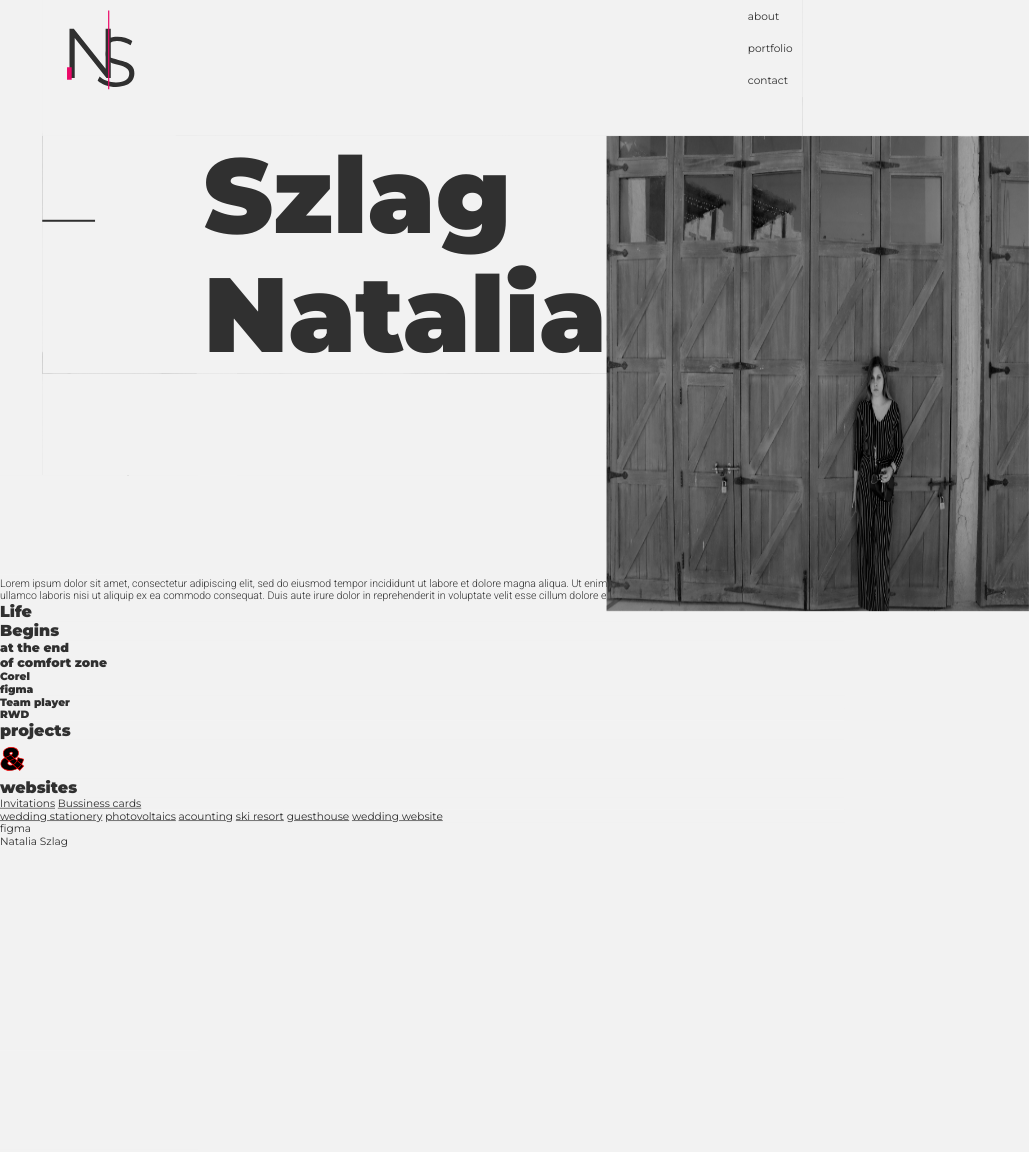
Repository: nataliaszlag/portfolio3
Page: index.html
An editor plug-in stored every save of this project. The page is shown before and after the next save, followed by the edit.
The browser window is 1280 px wide. The page is 1559 px wide, then 1419 px, so the pictures cover 1559 px, including what lies to the right of the window. The pictures show the whole page, at 66% of full size.
The style sheet was rebuilt from its Sass, Less or Tailwind sources for each picture, by a compiler version that may differ from the author's.

Above is the page before, as saved 2020-09-26 17:17:34.

After the next save:
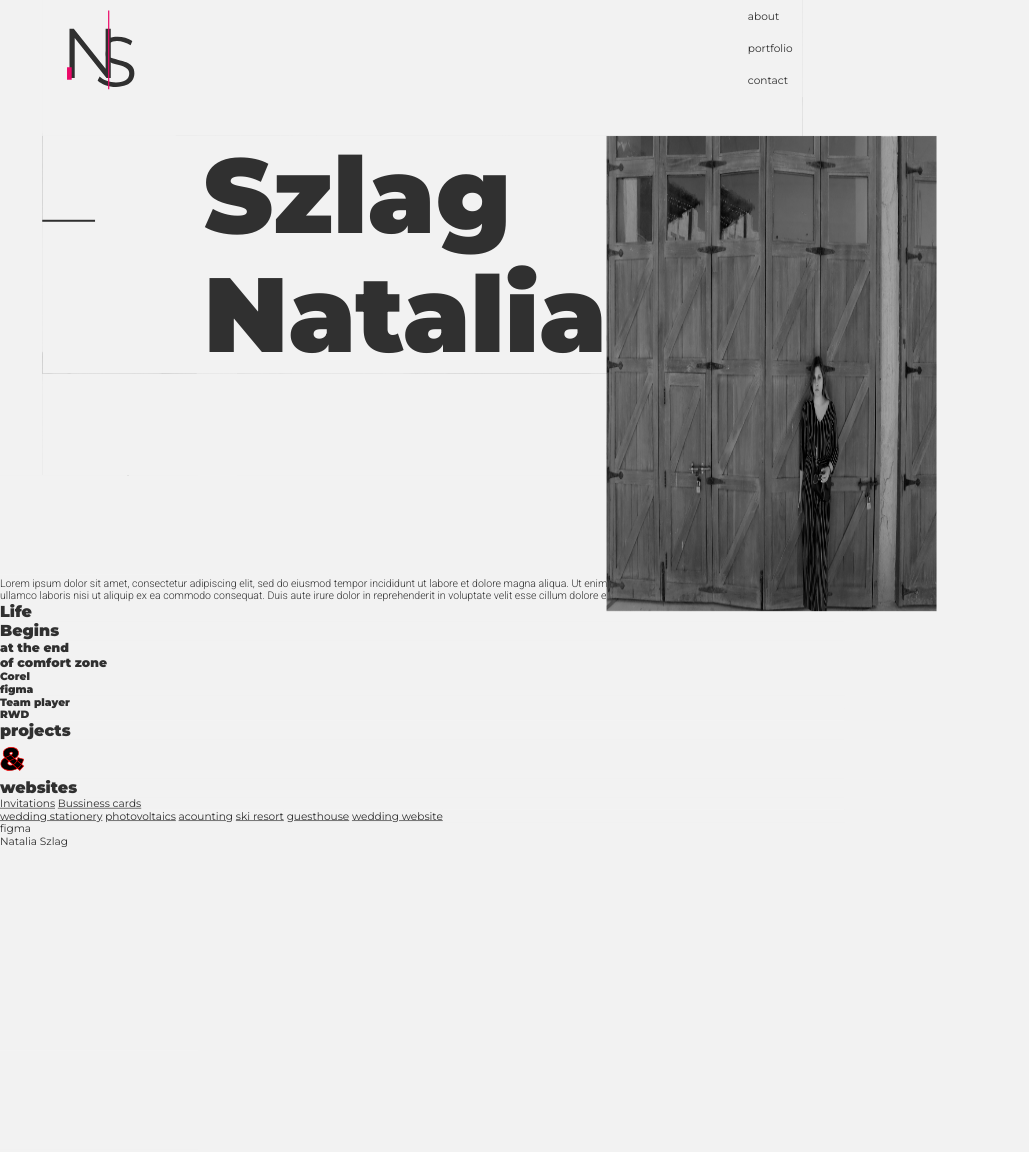
Saved 18 s later.
--- a/scss/style.scss
+++ b/scss/style.scss
@@ -50,7 +50,7 @@
 .hero-img{
     position: absolute;
     height:100%;
-    width: 50%;
+    width: 500px;
 }
 
 
